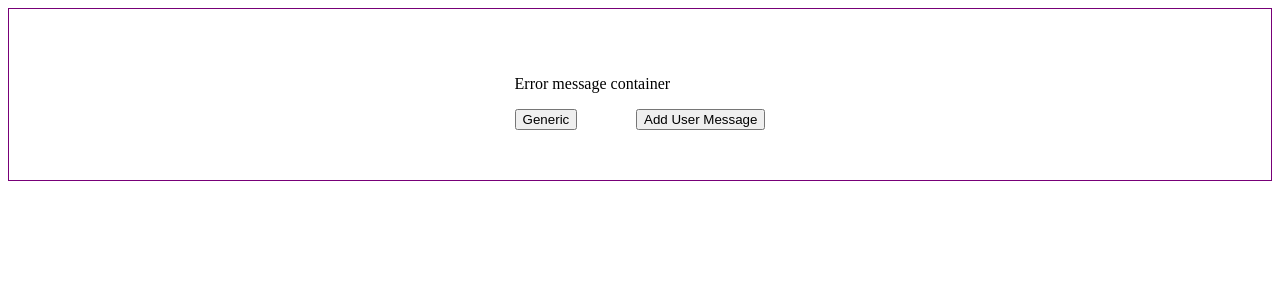
Repository: codeandcloud/message-demo
Page: index.html
An editor plug-in stored every save of this project. The page is shown before and after the next save, followed by the edit.
The browser window is 1280 px wide. The pictures show the whole page.

Above is the page before, as saved 2020-05-29 11:04:30.

### index.html
<!DOCTYPE html>
<html lang="en">
<head>
    <meta charset="UTF-8">
    <meta name="viewport" content="width=device-width, initial-scale=1.0">
    <title>ES6 - Messages</title>

    <script src="scripts/jquery.min.js"></script>

    <script src="shared/globals.js" type="text/javascript"></script>
    <script src="pages/home.js" type="text/javascript"></script>
</head>
<body>
    <div style="border:1px #707 solid; padding:50px 40%; margin:0 auto;">
        <p id="result">Error message container</p>
        <div style="display:flex; justify-content:space-between;">
            <button id="show-generic-message">Generic</button>
            <button id="show-add-user-message">Add User Message</button>
        </div>
    </div>
</body>
</html>

### shared/globals.js
var appMessage = {
  genericError: 'An error occured',
  genericMessage: 'General message for the app',
  //....,
  index: {
    addUserSuccessMessage: 'Add user successful', // Specific message for a page
    //....,
  }
};

### pages/home.js

$(document).ready(() => {

  $('#show-generic-message').click(evt =>{
    evt.preventDefault();
    alert(appMessage.genericError);
  });

  $('#show-add-user-message').click(evt =>{
    evt.preventDefault();
    alert(appMessage.index.addUserSuccessMessage);
  });

});

Loaded but not shown: scripts/jquery.min.js (library)

After the next save:
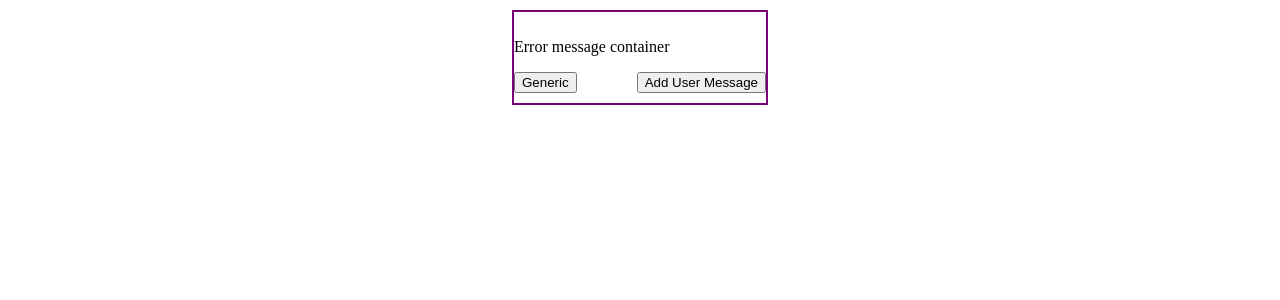
Saved 102 s later.
--- a/index.html
+++ b/index.html
@@ -10,8 +10,8 @@
     <script src="shared/globals.js" type="text/javascript"></script>
     <script src="pages/home.js" type="text/javascript"></script>
 </head>
-<body>
-    <div style="border:1px #707 solid; padding:50px 40%; margin:0 auto;">
+<body style="border:1px #707 solid; margin:10px 40%;">
+    <div style="border:1px #707 solid; padding:10px 0; margin:0 auto;">
         <p id="result">Error message container</p>
         <div style="display:flex; justify-content:space-between;">
             <button id="show-generic-message">Generic</button>
